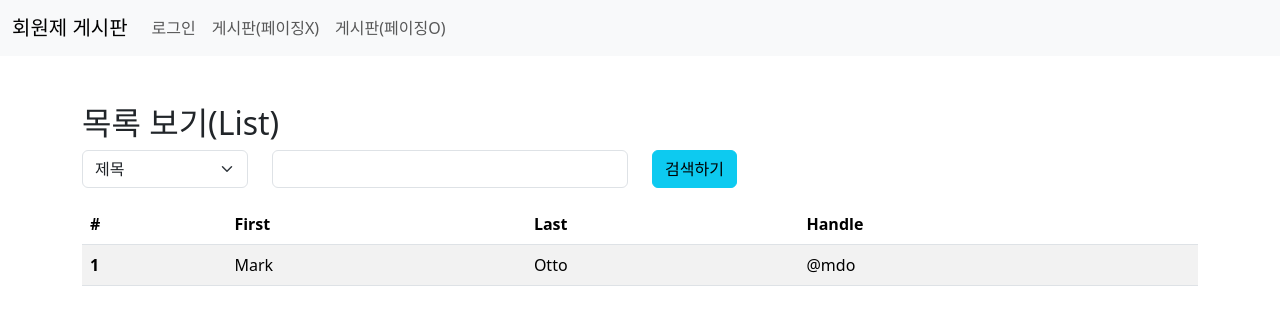
Repository: jungwoonAn/jsp_basic
Page: http://localhost/MustHaveJSP/09_PagingBoard/List.jsp
The author's editor kept a copy of each file at every save. The page is drawn from the files as they stood at one save, then again after the next save.
The browser window is 1280 px wide. The pictures show the whole page.
The page is served by Tomcat 10. Other server files are loaded and not shown.

Above is the page before, as saved 2024-10-23 01:47:17.

### MustHaveJSP/src/main/webapp/09_PagingBoard/List.jsp
<%@ page language="java" contentType="text/html; charset=UTF-8"
    pageEncoding="UTF-8"%>
<!DOCTYPE html>
<html>
<head>
<meta charset="UTF-8">
<title>회원제 게시판</title>
<link rel="stylesheet" href="https://cdn.jsdelivr.net/npm/bootstrap@5.3.3/dist/css/bootstrap.min.css">
</head>
<body>
	<jsp:include page="../Common/BSLink.jsp" />

	<div class="container">
		<h2 class="mt-5">목록 보기(List)</h2>
		<!-- 검색 폼 -->
		<!-- form태그에 action이 없으면 어디로?? => 직전화면으로 이동 -->
		<form method="get">
			<div class="mb-3 row">
				<div class="col-2">
					<select class="form-select" name="searchField">
					    <option value="title" selected>제목</option>
					    <option value="content">내용</option>
					</select>
				</div>
				<div class="col-4">
					<input type="text" class="form-control" name="searchWord">
				</div>
				<div class="col-2">
					<button type="submit" class="btn btn-info">검색하기</button>
				</div>
			</div>
		</form>

		<form method="get">
			<table class="table table-striped">
				<thead>
				    <tr>
					      <th scope="col">#</th>
					      <th scope="col">First</th>
					      <th scope="col">Last</th>
					      <th scope="col">Handle</th>
				    </tr>
				</thead>
				<tbody>
				    <tr>
					      <th scope="row">1</th>
					      <td>Mark</td>
					      <td>Otto</td>
					      <td>@mdo</td>
				    </tr>
				</tbody>
			</table>
		</form>
	</div>

	<script src="https://cdn.jsdelivr.net/npm/@popperjs/core@2.11.8/dist/umd/popper.min.js"></script>
	<script src="https://cdn.jsdelivr.net/npm/bootstrap@5.3.3/dist/js/bootstrap.min.js"></script>
</body>
</html>

### MustHaveJSP/src/main/webapp/Common/BSLink.jsp
<%@ page language="java" contentType="text/html; charset=UTF-8"
    pageEncoding="UTF-8"%>
<nav class="navbar navbar-expand-lg bg-body-tertiary">
  <div class="container-fluid">
    <a class="navbar-brand" href="List.jsp">회원제 게시판</a>
    <button class="navbar-toggler" type="button" data-bs-toggle="collapse" data-bs-target="#navbarNav" aria-controls="navbarNav" aria-expanded="false" aria-label="Toggle navigation">
      <span class="navbar-toggler-icon"></span>
    </button>
    <div class="collapse navbar-collapse" id="navbarNav">
      <ul class="navbar-nav">
        <!-- 로그인 여부에 따른 메뉴 변화 -->
		<% if(session.getAttribute("UserId")==null) {
		%>
			<li class="nav-item">
	          <a class="nav-link" href="../Common/LoginForm.jsp">로그인</a>
	        </li>
		<%
		}else {
		%>
			<li class="nav-item">
	          <a class="nav-link" href="../Common/Logout.jsp">로그아웃</a>
	        </li>
		<%
		}
		%>
        <li class="nav-item">
          <a class="nav-link" href="../BS_Board/List.jsp">게시판(페이징X)</a>
        </li>
        <li class="nav-item">
          <a class="nav-link" href="../09_PagingBoard/List.jsp">게시판(페이징O)</a>
        </li>
      </ul>
    </div>
  </div>
</nav>

After the next save:
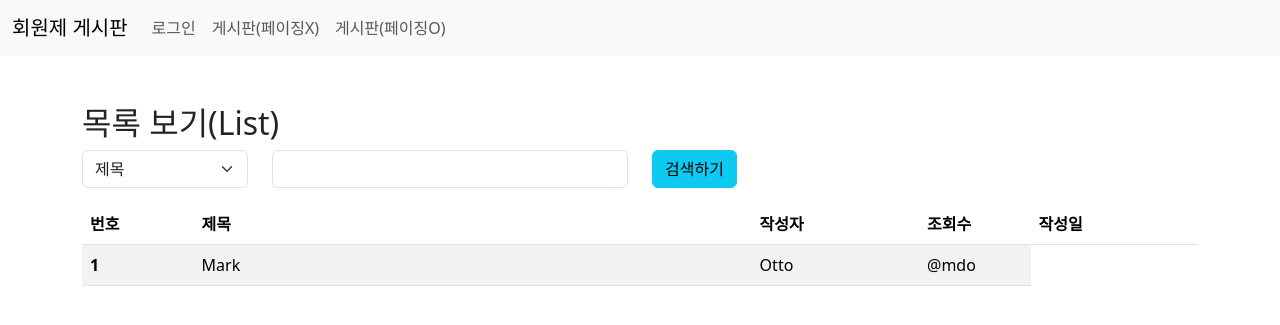
Saved 55 s later.
--- a/MustHaveJSP/src/main/webapp/09_PagingBoard/List.jsp
+++ b/MustHaveJSP/src/main/webapp/09_PagingBoard/List.jsp
@@ -35,10 +35,11 @@
 			<table class="table table-striped">
 				<thead>
 				    <tr>
-					      <th scope="col">#</th>
-					      <th scope="col">First</th>
-					      <th scope="col">Last</th>
-					      <th scope="col">Handle</th>
+					    <th width="10%">번호</th>
+						<th width="50%">제목</th>
+						<th width="15%">작성자</th>
+						<th width="10%">조회수</th>
+						<th width="15%">작성일</th>
 				    </tr>
 				</thead>
 				<tbody>
